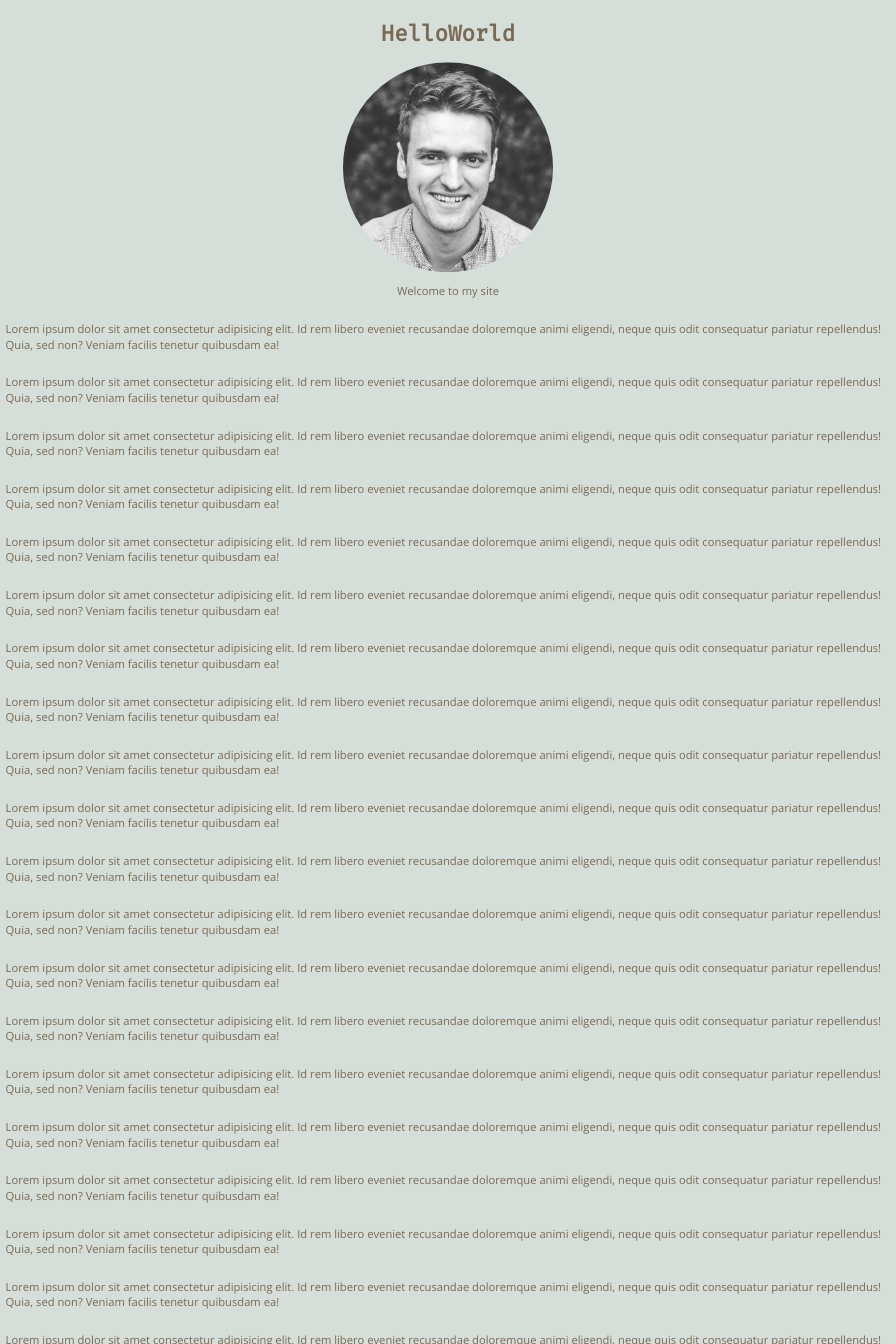
Repository: milespossing/Personal-Page
Page: index.html
The author's editor kept a copy of each file at every save. The page is drawn from the files as they stood at one save, then again after the next save.
The browser window is 1280 px wide. The pictures show the part of the page from y = 0 to 1920 px (the page is 2579 px tall before and 720 px after), at 70% of full size.

Above is the page before, as saved 2019-09-25 06:58:55.

### index.html
<head>
    <link rel="stylesheet" type="text/css" href="Styles/style.css"/>
    <link href="https://fonts.googleapis.com/css?family=Fira+Mono|Open+Sans&display=swap" rel="stylesheet">
</head>
<body>
    <div class="Site-Header">
        <h1 class="code">HelloWorld</h1>
        <div>
            <img src="Images/simple-headshot.jpeg" class="Display-Picture"/>
        </div>
    </div>
    <p>Welcome to my site</p>
    <p>Lorem ipsum dolor sit amet consectetur adipisicing elit. Id rem libero eveniet recusandae doloremque animi eligendi, neque quis odit consequatur pariatur repellendus! Quia, sed non? Veniam facilis tenetur quibusdam ea!</p>
    <p>Lorem ipsum dolor sit amet consectetur adipisicing elit. Id rem libero eveniet recusandae doloremque animi eligendi, neque quis odit consequatur pariatur repellendus! Quia, sed non? Veniam facilis tenetur quibusdam ea!</p>
    <p>Lorem ipsum dolor sit amet consectetur adipisicing elit. Id rem libero eveniet recusandae doloremque animi eligendi, neque quis odit consequatur pariatur repellendus! Quia, sed non? Veniam facilis tenetur quibusdam ea!</p>
    <p>Lorem ipsum dolor sit amet consectetur adipisicing elit. Id rem libero eveniet recusandae doloremque animi eligendi, neque quis odit consequatur pariatur repellendus! Quia, sed non? Veniam facilis tenetur quibusdam ea!</p>
    <p>Lorem ipsum dolor sit amet consectetur adipisicing elit. Id rem libero eveniet recusandae doloremque animi eligendi, neque quis odit consequatur pariatur repellendus! Quia, sed non? Veniam facilis tenetur quibusdam ea!</p>
    <p>Lorem ipsum dolor sit amet consectetur adipisicing elit. Id rem libero eveniet recusandae doloremque animi eligendi, neque quis odit consequatur pariatur repellendus! Quia, sed non? Veniam facilis tenetur quibusdam ea!</p>
    <p>Lorem ipsum dolor sit amet consectetur adipisicing elit. Id rem libero eveniet recusandae doloremque animi eligendi, neque quis odit consequatur pariatur repellendus! Quia, sed non? Veniam facilis tenetur quibusdam ea!</p>
    <p>Lorem ipsum dolor sit amet consectetur adipisicing elit. Id rem libero eveniet recusandae doloremque animi eligendi, neque quis odit consequatur pariatur repellendus! Quia, sed non? Veniam facilis tenetur quibusdam ea!</p>
    <p>Lorem ipsum dolor sit amet consectetur adipisicing elit. Id rem libero eveniet recusandae doloremque animi eligendi, neque quis odit consequatur pariatur repellendus! Quia, sed non? Veniam facilis tenetur quibusdam ea!</p>
    <p>Lorem ipsum dolor sit amet consectetur adipisicing elit. Id rem libero eveniet recusandae doloremque animi eligendi, neque quis odit consequatur pariatur repellendus! Quia, sed non? Veniam facilis tenetur quibusdam ea!</p>
    <p>Lorem ipsum dolor sit amet consectetur adipisicing elit. Id rem libero eveniet recusandae doloremque animi eligendi, neque quis odit consequatur pariatur repellendus! Quia, sed non? Veniam facilis tenetur quibusdam ea!</p>
    <p>Lorem ipsum dolor sit amet consectetur adipisicing elit. Id rem libero eveniet recusandae doloremque animi eligendi, neque quis odit consequatur pariatur repellendus! Quia, sed non? Veniam facilis tenetur quibusdam ea!</p>
    <p>Lorem ipsum dolor sit amet consectetur adipisicing elit. Id rem libero eveniet recusandae doloremque animi eligendi, neque quis odit consequatur pariatur repellendus! Quia, sed non? Veniam facilis tenetur quibusdam ea!</p>
    <p>Lorem ipsum dolor sit amet consectetur adipisicing elit. Id rem libero eveniet recusandae doloremque animi eligendi, neque quis odit consequatur pariatur repellendus! Quia, sed non? Veniam facilis tenetur quibusdam ea!</p>
    <p>Lorem ipsum dolor sit amet consectetur adipisicing elit. Id rem libero eveniet recusandae doloremque animi eligendi, neque quis odit consequatur pariatur repellendus! Quia, sed non? Veniam facilis tenetur quibusdam ea!</p>
    <p>Lorem ipsum dolor sit amet consectetur adipisicing elit. Id rem libero eveniet recusandae doloremque animi eligendi, neque quis odit consequatur pariatur repellendus! Quia, sed non? Veniam facilis tenetur quibusdam ea!</p>
    <p>Lorem ipsum dolor sit amet consectetur adipisicing elit. Id rem libero eveniet recusandae doloremque animi eligendi, neque quis odit consequatur pariatur repellendus! Quia, sed non? Veniam facilis tenetur quibusdam ea!</p>
    <p>Lorem ipsum dolor sit amet consectetur adipisicing elit. Id rem libero eveniet recusandae doloremque animi eligendi, neque quis odit consequatur pariatur repellendus! Quia, sed non? Veniam facilis tenetur quibusdam ea!</p>
    <p>Lorem ipsum dolor sit amet consectetur adipisicing elit. Id rem libero eveniet recusandae doloremque animi eligendi, neque quis odit consequatur pariatur repellendus! Quia, sed non? Veniam facilis tenetur quibusdam ea!</p>
    <p>Lorem ipsum dolor sit amet consectetur adipisicing elit. Id rem libero eveniet recusandae doloremque animi eligendi, neque quis odit consequatur pariatur repellendus! Quia, sed non? Veniam facilis tenetur quibusdam ea!</p>
    <p>Lorem ipsum dolor sit amet consectetur adipisicing elit. Id rem libero eveniet recusandae doloremque animi eligendi, neque quis odit consequatur pariatur repellendus! Quia, sed non? Veniam facilis tenetur quibusdam ea!</p>
    <p>Lorem ipsum dolor sit amet consectetur adipisicing elit. Id rem libero eveniet recusandae doloremque animi eligendi, neque quis odit consequatur pariatur repellendus! Quia, sed non? Veniam facilis tenetur quibusdam ea!</p>
    <p>Lorem ipsum dolor sit amet consectetur adipisicing elit. Id rem libero eveniet recusandae doloremque animi eligendi, neque quis odit consequatur pariatur repellendus! Quia, sed non? Veniam facilis tenetur quibusdam ea!</p>
    <p>Lorem ipsum dolor sit amet consectetur adipisicing elit. Id rem libero eveniet recusandae doloremque animi eligendi, neque quis odit consequatur pariatur repellendus! Quia, sed non? Veniam facilis tenetur quibusdam ea!</p>
    <p>Lorem ipsum dolor sit amet consectetur adipisicing elit. Id rem libero eveniet recusandae doloremque animi eligendi, neque quis odit consequatur pariatur repellendus! Quia, sed non? Veniam facilis tenetur quibusdam ea!</p>
    <p>Lorem ipsum dolor sit amet consectetur adipisicing elit. Id rem libero eveniet recusandae doloremque animi eligendi, neque quis odit consequatur pariatur repellendus! Quia, sed non? Veniam facilis tenetur quibusdam ea!</p>
    <p>Lorem ipsum dolor sit amet consectetur adipisicing elit. Id rem libero eveniet recusandae doloremque animi eligendi, neque quis odit consequatur pariatur repellendus! Quia, sed non? Veniam facilis tenetur quibusdam ea!</p>
    <p>Lorem ipsum dolor sit amet consectetur adipisicing elit. Id rem libero eveniet recusandae doloremque animi eligendi, neque quis odit consequatur pariatur repellendus! Quia, sed non? Veniam facilis tenetur quibusdam ea!</p>
</body>

### Styles/style.css
/*
#D9CEB2
#948C75
#D5DED9
#7A6A53
#99B2B7
 */

body {
    display: flex;
    flex-direction: column;
    align-content: center;
    align-items: center;
    background: #D5DED9;
    color: #7A6A53;
    font-family: 'Open Sans', sans-serif;
    /* background-image: url("../Images/john-fowler-aaIN3y2zcMQ-unsplash.jpg"); */
    background-size: cover;
    background-attachment: fixed;
    background-position: center;
}

.site-header {
    width: 100%;
    display: flex;
    flex-direction: column;
    align-items: center;
    justify-items: right;
    background-size: cover;
    background:
}

.background-container {

}

.code {
    font-family: 'Fira Mono', monospace;
}

.display-picture {
    border-radius: 50%;
}

After the next save:
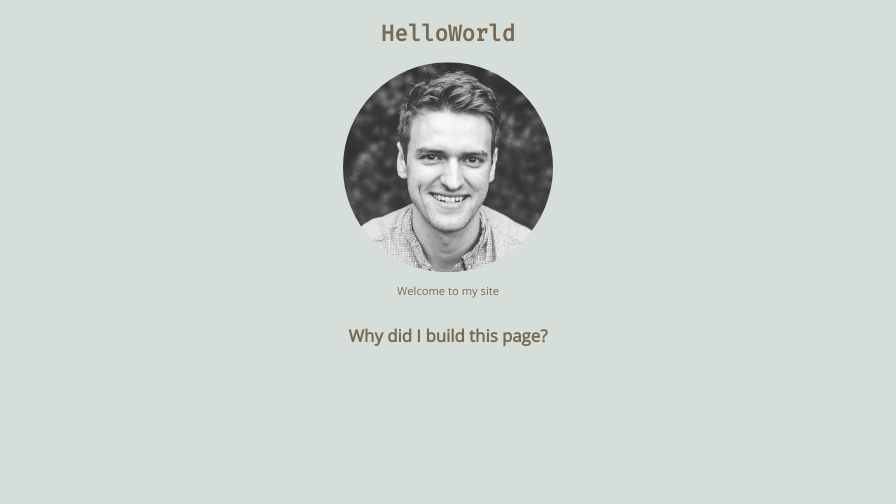
Saved 91 s later.
--- a/index.html
+++ b/index.html
@@ -10,32 +10,9 @@
         </div>
     </div>
     <p>Welcome to my site</p>
-    <p>Lorem ipsum dolor sit amet consectetur adipisicing elit. Id rem libero eveniet recusandae doloremque animi eligendi, neque quis odit consequatur pariatur repellendus! Quia, sed non? Veniam facilis tenetur quibusdam ea!</p>
-    <p>Lorem ipsum dolor sit amet consectetur adipisicing elit. Id rem libero eveniet recusandae doloremque animi eligendi, neque quis odit consequatur pariatur repellendus! Quia, sed non? Veniam facilis tenetur quibusdam ea!</p>
-    <p>Lorem ipsum dolor sit amet consectetur adipisicing elit. Id rem libero eveniet recusandae doloremque animi eligendi, neque quis odit consequatur pariatur repellendus! Quia, sed non? Veniam facilis tenetur quibusdam ea!</p>
-    <p>Lorem ipsum dolor sit amet consectetur adipisicing elit. Id rem libero eveniet recusandae doloremque animi eligendi, neque quis odit consequatur pariatur repellendus! Quia, sed non? Veniam facilis tenetur quibusdam ea!</p>
-    <p>Lorem ipsum dolor sit amet consectetur adipisicing elit. Id rem libero eveniet recusandae doloremque animi eligendi, neque quis odit consequatur pariatur repellendus! Quia, sed non? Veniam facilis tenetur quibusdam ea!</p>
-    <p>Lorem ipsum dolor sit amet consectetur adipisicing elit. Id rem libero eveniet recusandae doloremque animi eligendi, neque quis odit consequatur pariatur repellendus! Quia, sed non? Veniam facilis tenetur quibusdam ea!</p>
-    <p>Lorem ipsum dolor sit amet consectetur adipisicing elit. Id rem libero eveniet recusandae doloremque animi eligendi, neque quis odit consequatur pariatur repellendus! Quia, sed non? Veniam facilis tenetur quibusdam ea!</p>
-    <p>Lorem ipsum dolor sit amet consectetur adipisicing elit. Id rem libero eveniet recusandae doloremque animi eligendi, neque quis odit consequatur pariatur repellendus! Quia, sed non? Veniam facilis tenetur quibusdam ea!</p>
-    <p>Lorem ipsum dolor sit amet consectetur adipisicing elit. Id rem libero eveniet recusandae doloremque animi eligendi, neque quis odit consequatur pariatur repellendus! Quia, sed non? Veniam facilis tenetur quibusdam ea!</p>
-    <p>Lorem ipsum dolor sit amet consectetur adipisicing elit. Id rem libero eveniet recusandae doloremque animi eligendi, neque quis odit consequatur pariatur repellendus! Quia, sed non? Veniam facilis tenetur quibusdam ea!</p>
-    <p>Lorem ipsum dolor sit amet consectetur adipisicing elit. Id rem libero eveniet recusandae doloremque animi eligendi, neque quis odit consequatur pariatur repellendus! Quia, sed non? Veniam facilis tenetur quibusdam ea!</p>
-    <p>Lorem ipsum dolor sit amet consectetur adipisicing elit. Id rem libero eveniet recusandae doloremque animi eligendi, neque quis odit consequatur pariatur repellendus! Quia, sed non? Veniam facilis tenetur quibusdam ea!</p>
-    <p>Lorem ipsum dolor sit amet consectetur adipisicing elit. Id rem libero eveniet recusandae doloremque animi eligendi, neque quis odit consequatur pariatur repellendus! Quia, sed non? Veniam facilis tenetur quibusdam ea!</p>
-    <p>Lorem ipsum dolor sit amet consectetur adipisicing elit. Id rem libero eveniet recusandae doloremque animi eligendi, neque quis odit consequatur pariatur repellendus! Quia, sed non? Veniam facilis tenetur quibusdam ea!</p>
-    <p>Lorem ipsum dolor sit amet consectetur adipisicing elit. Id rem libero eveniet recusandae doloremque animi eligendi, neque quis odit consequatur pariatur repellendus! Quia, sed non? Veniam facilis tenetur quibusdam ea!</p>
-    <p>Lorem ipsum dolor sit amet consectetur adipisicing elit. Id rem libero eveniet recusandae doloremque animi eligendi, neque quis odit consequatur pariatur repellendus! Quia, sed non? Veniam facilis tenetur quibusdam ea!</p>
-    <p>Lorem ipsum dolor sit amet consectetur adipisicing elit. Id rem libero eveniet recusandae doloremque animi eligendi, neque quis odit consequatur pariatur repellendus! Quia, sed non? Veniam facilis tenetur quibusdam ea!</p>
-    <p>Lorem ipsum dolor sit amet consectetur adipisicing elit. Id rem libero eveniet recusandae doloremque animi eligendi, neque quis odit consequatur pariatur repellendus! Quia, sed non? Veniam facilis tenetur quibusdam ea!</p>
-    <p>Lorem ipsum dolor sit amet consectetur adipisicing elit. Id rem libero eveniet recusandae doloremque animi eligendi, neque quis odit consequatur pariatur repellendus! Quia, sed non? Veniam facilis tenetur quibusdam ea!</p>
-    <p>Lorem ipsum dolor sit amet consectetur adipisicing elit. Id rem libero eveniet recusandae doloremque animi eligendi, neque quis odit consequatur pariatur repellendus! Quia, sed non? Veniam facilis tenetur quibusdam ea!</p>
-    <p>Lorem ipsum dolor sit amet consectetur adipisicing elit. Id rem libero eveniet recusandae doloremque animi eligendi, neque quis odit consequatur pariatur repellendus! Quia, sed non? Veniam facilis tenetur quibusdam ea!</p>
-    <p>Lorem ipsum dolor sit amet consectetur adipisicing elit. Id rem libero eveniet recusandae doloremque animi eligendi, neque quis odit consequatur pariatur repellendus! Quia, sed non? Veniam facilis tenetur quibusdam ea!</p>
-    <p>Lorem ipsum dolor sit amet consectetur adipisicing elit. Id rem libero eveniet recusandae doloremque animi eligendi, neque quis odit consequatur pariatur repellendus! Quia, sed non? Veniam facilis tenetur quibusdam ea!</p>
-    <p>Lorem ipsum dolor sit amet consectetur adipisicing elit. Id rem libero eveniet recusandae doloremque animi eligendi, neque quis odit consequatur pariatur repellendus! Quia, sed non? Veniam facilis tenetur quibusdam ea!</p>
-    <p>Lorem ipsum dolor sit amet consectetur adipisicing elit. Id rem libero eveniet recusandae doloremque animi eligendi, neque quis odit consequatur pariatur repellendus! Quia, sed non? Veniam facilis tenetur quibusdam ea!</p>
-    <p>Lorem ipsum dolor sit amet consectetur adipisicing elit. Id rem libero eveniet recusandae doloremque animi eligendi, neque quis odit consequatur pariatur repellendus! Quia, sed non? Veniam facilis tenetur quibusdam ea!</p>
-    <p>Lorem ipsum dolor sit amet consectetur adipisicing elit. Id rem libero eveniet recusandae doloremque animi eligendi, neque quis odit consequatur pariatur repellendus! Quia, sed non? Veniam facilis tenetur quibusdam ea!</p>
-    <p>Lorem ipsum dolor sit amet consectetur adipisicing elit. Id rem libero eveniet recusandae doloremque animi eligendi, neque quis odit consequatur pariatur repellendus! Quia, sed non? Veniam facilis tenetur quibusdam ea!</p>
+    <div>
+        <h2>Why did I build this page?</h2>
+
+    </div>
+
 </body>
